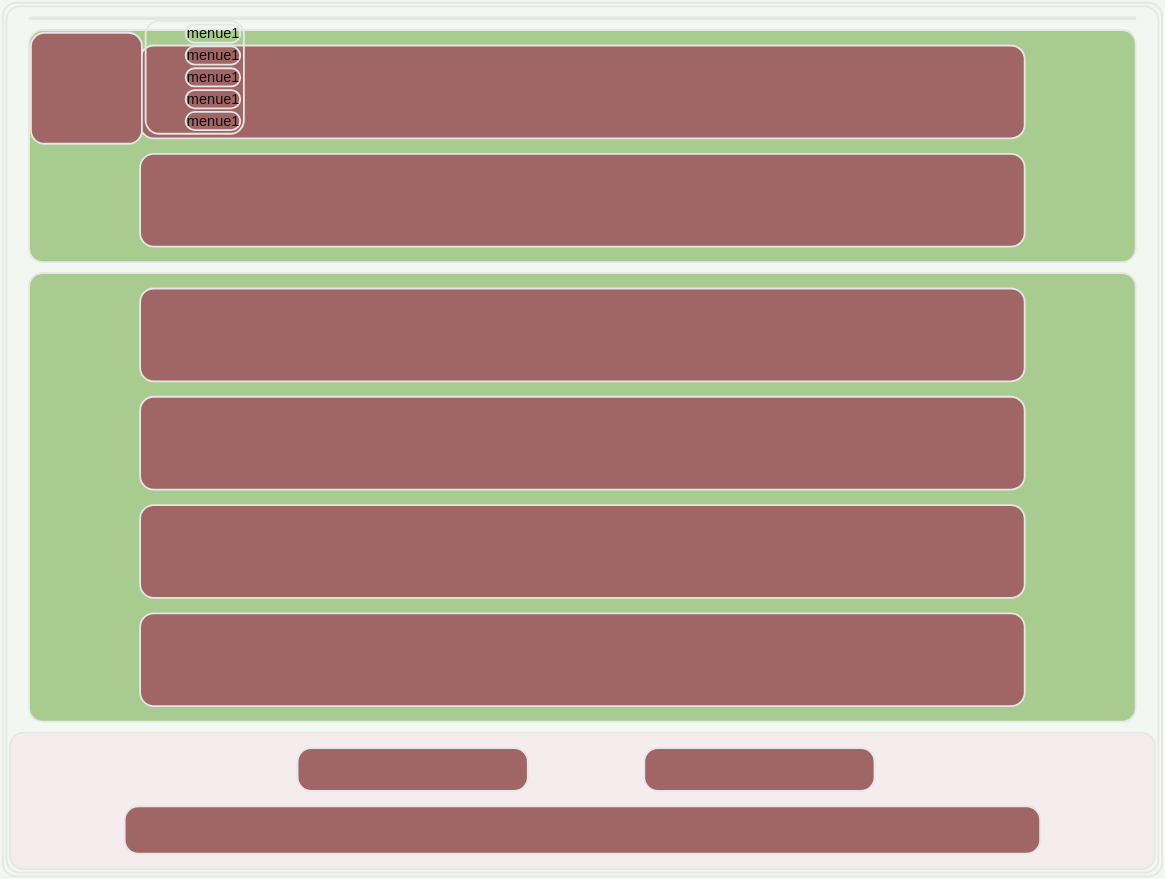
Repository: clairedupuich/cv-claireDUPUICH
Page: cv.html
The author's editor kept a copy of each file at every save. The page is drawn from the files as they stood at one save, then again after the next save.
The browser window is 1280 px wide. The pictures show the whole page, at 91% of full size.

Above is the page before, as saved 2020-10-08 16:35:04.

### cv.html
<!DOCTYPE html>
<html lang="fr" dir="ltr">
  <head>
    <meta charset="utf-8">
    <title>Exercice</title>
    <link rel="stylesheet" href="cv.css">
  </head>
  <body>
    <section class="header">
        <div class="img">
        </div>

            <ul class="nav">
                <li>menue1</li>
                <li>menue1</li>
                <li>menue1</li>
                <li>menue1</li>
                <li>menue1</li>
            </ul>

    </section>
      <section class="section 1">
          <div class="article1_1">
          </div>
          <div class="article1_2">
          </div>
      </section>
      <section class="section2">
        <div class="article2_1">
        </div>
        <div class="article2_2">
        </div>
        <div class="article2_3">
        </div>
        <div class="article2_4">
        </div>
      </section>
      <footer>
          <div class='footer1'>
          </div>
        <div class="footer2">
        </div>

        <div class="footer3">
        </div>
    </footer>
  </body>
</html>

### cv.css
* {
    font-family: Avenir, sans-serif;
    border: 2px solid rgb(230, 230, 230);
    border-radius: 16px;
    margin: 2px;

}
@media screen and (min-width: 768px) and (max-width: 992px){


    body {
        background-color: azure;


    }
    section {
        margin-top: 10px;
        width: 95%;
        background-color: rgb(156, 156, 129);


    }
    div {
        margin: 15px auto;
        width:80% ;
        height: 100px;
        background-color: rgb(83, 83, 83);
    }
    ul {
        text-align: center;
        list-style: none;
        color: tomato;
    }

    footer,
    .header{
        background-color:rgb(162, 211, 233);
    }

    .footer2,
    .footer1 {
        height: 45px;
        width: 20%;
        float: left;

    }
    .footer1{
        margin-left: 25%;
        margin-right: 10%;
    }

    .footer3 {
        clear: both;
        height: 50px;
    }
    .img {
        width:120px;
        height: 120px;
        text-align: left;
    }

}
@media screen and (min-width: 992px) and (max-width: 1200px){

    body {
        background-color: rgb(153, 192, 192);


    }
    section {
        margin: 10px auto;
        width: 96%;
        background-color: rgb(248, 248, 194);


    }
    div {
        margin: 15px auto;
        width:80% ;
        height: 100px;
        background-color: rgb(207, 199, 199);
    }
    ul {
        text-align: center;
        list-style: none;
        color: rgb(212, 45, 15);
    }

    footer,
    .header{
        background-color:rgb(247, 247, 247);
    }

    .footer2,
    .footer1 {
        height: 45px;
        width: 20%;
        float: left;

    }
    .footer1{
        margin-left: 25%;
        margin-right: 10%;
    }

    .footer3 {
        clear: both;
        height: 50px;
    }
    .img {
        width:120px;
        height: 120px;
        text-align: left;
    }
}
@media screen and (min-width: 1200px){
    body {
        background-color: rgb(243, 247, 241);


    }
    section {
        margin: 10px auto;
        width: 96%;
        background-color: rgb(168, 204, 143);


    }
    div {
        margin: 15px auto;
        width:80% ;
        height: 100px;
        background-color: rgb(160, 101, 101);
    }
    ul {
        text-align: center;
        list-style: none;
        color: rgb(17, 16, 16);

    }
    .img,
    ul {
        float: left;
    }
    .section1 {
        clear: both;
    }
    footer,
    .header{
        background-color:rgb(245, 237, 237);
    }

    .footer2,
    .footer1 {
        height: 45px;
        width: 20%;
        float: left;

    }
    .footer1{
        margin-left: 25%;
        margin-right: 10%;
    }

    .footer3 {
        clear: both;
        height: 50px;
    }
    .img {
        width:120px;
        height: 120px;
        text-align: left;
    }
}

After the next save:
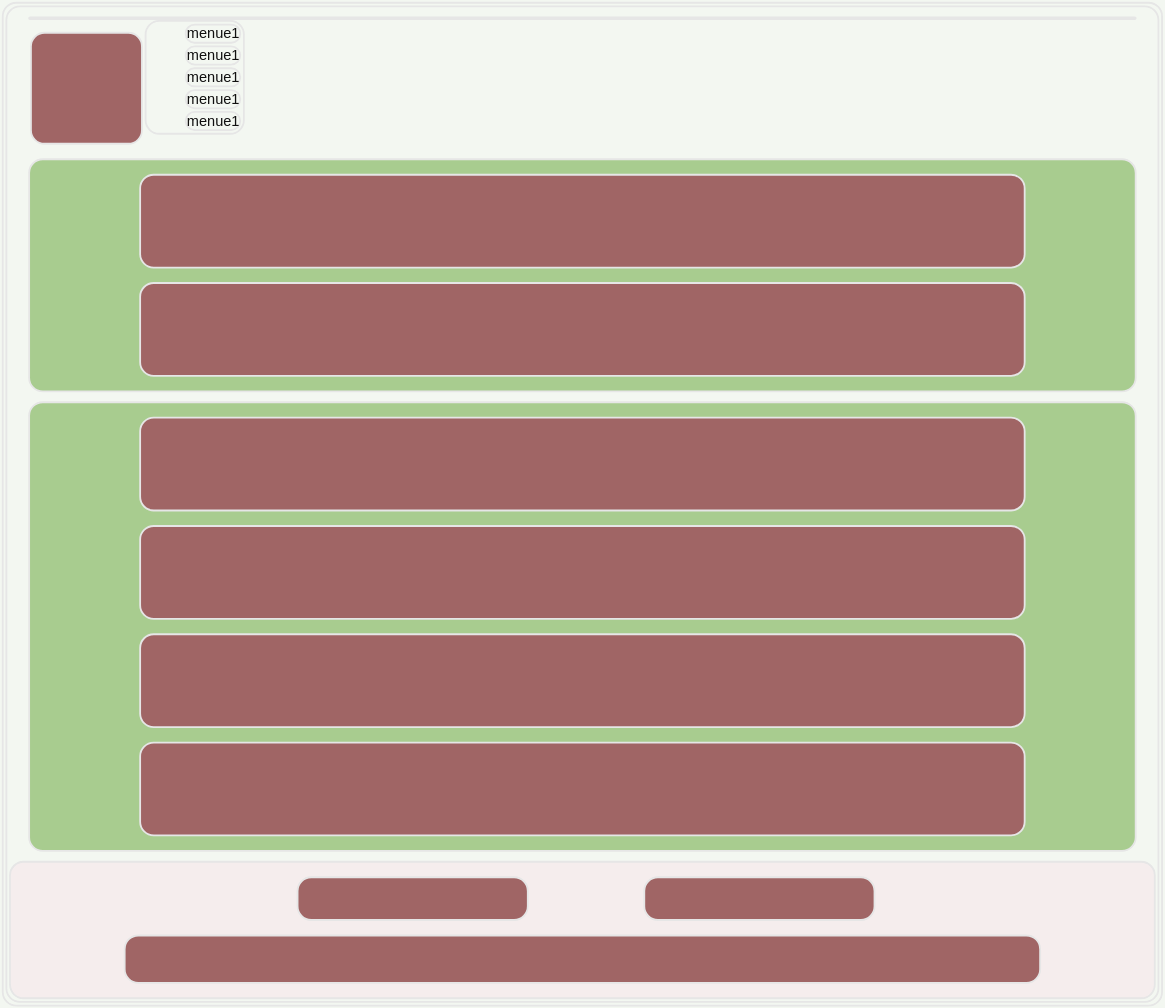
Saved 51 s later.
--- a/cv.html
+++ b/cv.html
@@ -19,7 +19,7 @@
             </ul>
 
     </section>
-      <section class="section 1">
+      <section class="section1">
           <div class="article1_1">
           </div>
           <div class="article1_2">
